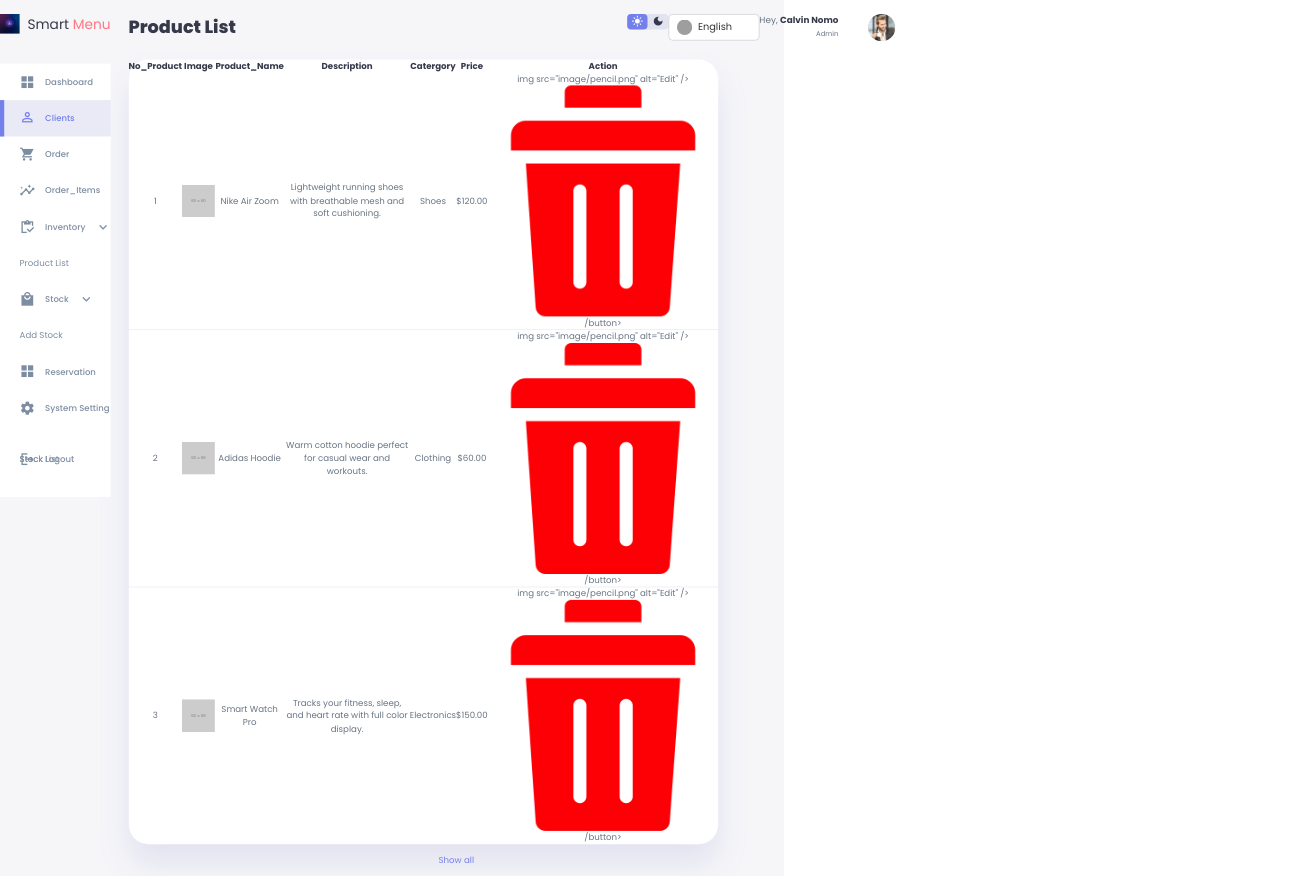
Repository: Calvin-Nomo/Hash-code
Page: product_list.html
An editor plug-in stored every save of this project. The page is shown before and after the next save, followed by the edit.
The browser window is 1280 px wide. The page is 1856 px wide, so the pictures cover 1856 px, including what lies to the right of the window. The pictures show the part of the page from y = 0 to 1320 px (the page is 1252 px tall before and 2229 px after), at 70% of full size.
Pictures or frames that could not be fetched are drawn as grey boxes. The page's requests for data from a server got no answer.

Above is the page before, as saved 2025-10-09 11:17:24.

### product_list.html
<!DOCTYPE html>
<html lang="en">
<head>
    <meta charset="UTF-8">
    <meta name="viewport" content="width=device-width, initial-scale=1.0">
    <title>Document</title>
    <link
      href="https://fonts.googleapis.com/icon?family=Material+Icons+Sharp"
      rel="stylesheet"
    />
    <link rel="preconnect" href="https://fonts.googleapis.com" />
    <link rel="preconnect" href="https://fonts.gstatic.com" crossorigin />
    <link
      href="https://fonts.googleapis.com/css2?family=Outfit:wght@100..900&family=Poppins:ital,wght@0,100;0,200;0,300;0,400;0,500;0,600;0,700;0,800;0,900;1,100;1,200;1,300;1,400;1,500;1,600;1,700;1,800;1,900&display=swap"
      rel="stylesheet"
    />
    <link
      href="https://cdn.jsdelivr.net/npm/daisyui@5/themes.css"
      rel="stylesheet"
      type="text/css"
    />
    <link rel="stylesheet" href="css/index.css" />
        <link rel="stylesheet" href="css/product.css" />
    <link href="image/image1.jpg" rel="icon" />
</head>
<body>
    <div class="container">
      <!-- ################SIDE BAR #################-->
      <aside>
        <div class="top">
          <div class="logo">
            <img src="image/image1.jpg" alt="logo" />
            <h2>Smart <span class="danger">Menu</span></h2>
          </div>
          <div class="close" id="close-btn">
            <span class="material-icons-sharp"> close </span>
          </div>
        </div>

        <div class="sidebar">
          <a href="#">
            <span class="material-icons-sharp"> grid_view </span>
            <h3>Dashboard</h3>
          </a>

          <a href="#" class="active">
            <span class="material-icons-sharp"> person_outline </span>
            <h3>Clients</h3>
          </a>

          <a href="#">
            <span class="material-icons-sharp"> shopping_cart </span>
            <h3>Order</h3>
          </a>

          <a href="#">
            <span class="material-icons-sharp"> insights </span>
            <h3>Order_Items</h3>
          </a>

          <!-- Dropdown for Product -->
          <div class="dropdown">
            <a href="#" class="dropdown-toggle">
              <span class="material-icons-sharp"> inventory </span>
              <h3>Inventory</h3>
              <span class="material-icons-sharp arrow">expand_more</span>
            </a>
            <div class="dropdown-menu">
              <a href="product_list.html">Product List</a>
              <a href="#">Stock</a>
            </div>
          </div>

          <!-- Dropdown for Stock -->
          <div class="dropdown">
            <a href="#" class="dropdown-toggle">
              <span class="material-icons-sharp"> local_mall </span>
              <h3>Stock</h3>
              <span class="material-icons-sharp arrow">expand_more</span>
            </a>
            <div class="dropdown-menu">
              <a href="#">Add Stock</a>
              <a href="#">Stock List</a>
            </div>
          </div>

          <a href="#">
            <span class="material-icons-sharp"> grid_view </span>
            <h3>Reservation</h3>
          </a>

          <a href="#">
            <span class="material-icons-sharp"> settings </span>
            <h3>System Setting</h3>
          </a>

          <a href="#">
            <span class="material-icons-sharp"> logout </span>
            <h3>Logout</h3>
          </a>
        </div>
      </aside>

      <!-- ################END OF SIDE BAR #################-->
      <main>
        <h1>Product List</h1>
        <div class="insight">
          <!-- END OF INCOME -->
        </div>
        <!-- END OF INSIGHT -->
        <div class="recent-orders" id="product-section">
          <!-- <h2>Recent Orders</h2> -->
          <table id="product-table">
            <thead>
              <tr>
                <th>No_Product</th>
                <th>Image</th>
                <th>Product_Name</th>
                <th class="description">Description</th>
                <th>Catergory</th>
                <th>Price</th>
                <th>Action</th>
              </tr>
            </thead>
            <tbody>
              <!--  data will be filled here! -->
            </tbody>
          </table>
          <a href="#">Show all</a>
        </div>
      </main>
      <!-- End of the Recent Orders -->
      <div class="right">
        <div class="top">
          <button id="menu-btn">
            <span class="material-icons-sharp">menu </span>
          </button>
          <div class="theme-toggler">
            <span class="material-icons-sharp active">light_mode</span>
            <span class="material-icons-sharp">dark_mode</span>
          </div>
          <div class="lang-menu">
            <div class="selected-language">
              <img src="https://flagsapi.com/US/flat/32.png" alt="" />
              English
              <i class="arrow down"></i>
            </div>

            <ul class="lang-options">
              <li>
                <a
                  href="#"
                  class="en"
                  data-flag="https://flagsapi.com/US/flat/32.png"
                  >English</a
                >
              </li>
              <li>
                <a
                  href="#"
                  class="fr"
                  data-flag="https://flagsapi.com/FR/flat/32.png"
                  >French</a
                >
              </li>
              <li>
                <a
                  href="#"
                  class="cn"
                  data-flag="https://flagsapi.com/CN/flat/32.png"
                  >Chinese</a
                >
              </li>
              <li>
                <a
                  href="#"
                  class="jp"
                  data-flag="https://flagsapi.com/JP/flat/32.png"
                  >Japanese</a
                >
              </li>
            </ul>
          </div>

          <div class="profile">
            <div class="info">
              <p>Hey, <b>Calvin Nomo</b></p>
              <small class="text-muted">Admin</small>
            </div>
            <div class="profile-photo">
              <img src="image/person_1.jpg" alt="" />
            </div>
          </div>
        </div>
      </div>
      <!-- \\\\\\\\\\\\\\\END OF MAIN\\\\\\\\\\\\\\\\\\\\\\\ -->
    </div>
  </body>
  <script src="js/index.js"></script>

  <script src="https://cdn.jsdelivr.net/npm/@tailwindcss/browser@4"></script>

</body>
</html>

### css/product.css
.product-toolbar {
  display: flex;
  justify-content: space-between;
  align-items: center;
  margin: 15px 0;
  padding: 10px;
  background: #f8f9fa;
  border-radius: 8px;
  box-shadow: 0 2px 5px rgba(0, 0, 0, 0.1);
}

.search-filter {
  display: flex;
  gap: 10px;
  width: 100%;
  justify-content: flex-start;
}

.search-filter input,
.search-filter select {
  padding: 8px 12px;
  border-radius: 6px;
  border: 1px solid #ccc;
  font-size: 14px;
  outline: none;
}

.search-filter input:focus,
.search-filter select:focus {
  border-color: #007bff;
  box-shadow: 0 0 5px rgba(0, 123, 255, 0.3);
}
.add_product {
  background-color: #28a745;
  color: white;
  border: none;
  padding: 10px 20px;
  border-radius: 5px;
  cursor: pointer;
  font-size: 16px;
}
.add_product:hover {
  background-color: #218838;
}
.add_product button {
  background-color: #28a745;
  color: white;
  border: none;
  padding: 10px 20px;
  border-radius: 5px;
  cursor: pointer;
  font-size: 16px;
}

### js/index.js
let sideMenu = document.querySelector("aside");
let Theme_Change = document.querySelector(".theme-toggler");
let openBtn = document.getElementById("menu-btn");
let closeBtn = document.getElementById("close-btn");

// Hide and Show the Side bar
openBtn.addEventListener("click", () => {
  sideMenu.style.display = "block";
});
closeBtn.addEventListener("click", () => {
  sideMenu.style.display = "none";
});
const themeToggler = document.querySelector(".theme-toggler");
const body = document.body;
const lightIcon = themeToggler.querySelector("span:nth-child(1)");
const darkIcon = themeToggler.querySelector("span:nth-child(2)");

// Load saved theme from localStorage
if (localStorage.getItem("theme") === "dark") {
  body.classList.add("dark-theme-variables");
  lightIcon.classList.remove("active");
  darkIcon.classList.add("active");
}

themeToggler.addEventListener("click", () => {
  body.classList.toggle("dark-theme-variables");

  // Toggle icon active class
  lightIcon.classList.toggle("active");
  darkIcon.classList.toggle("active");

  // Save preference
  if (body.classList.contains("dark-theme-variables")) {
    localStorage.setItem("theme", "dark");
  } else {
    localStorage.setItem("theme", "light");
  }
});
document.addEventListener("DOMContentLoaded", function () {
  const langMenu = document.querySelector(".lang-menu");
  const selected = langMenu.querySelector(".selected-language");
  const options = langMenu.querySelectorAll(".lang-options a");
  // New side bar
  document.querySelectorAll(".dropdown-toggle").forEach((toggle) => {
    toggle.addEventListener("click", function (e) {
      e.preventDefault();
      const dropdown = this.parentElement;
      dropdown.classList.toggle("active");
    });
  });
  // Toggle dropdown
  selected.addEventListener("click", () => {
    langMenu.classList.toggle("active");
  });

  // Change selected language with flag
  options.forEach((option) => {
    option.addEventListener("click", (e) => {
      e.preventDefault();
      const flagUrl = option.getAttribute("data-flag");
      const langText = option.textContent.trim();

      // Update selected language display
      selected.innerHTML = `<img src="${flagUrl}" alt=""> ${langText} <i class="arrow down"></i>`;
      langMenu.classList.remove("active");
    });
  });

  // Close dropdown if clicking outside
  window.addEventListener("click", (e) => {
    if (!langMenu.contains(e.target)) {
      langMenu.classList.remove("active");
    }
  });
});
// Fetch and display orders from the backend

fetch("http://127.0.0.1:8000/order_info") // Replace with your API endpoint
  .then((res) => res.json())
  .then((data) => {
    const tbody = document.querySelector("#order-table tbody"); // Replace with your API endpoint
    tbody.innerHTML = ""; // clear any existing rows

    data.forEach((order) => {
      const row = document.createElement("tr");
      row.innerHTML = `
          <td>#${order.Order_ID}</td>
          <td>${order.Client_Name}</td>
          <td>${order.No_Telephone}</td>
          <td>${order.Order_Type}</td>
          <td>${order.Total_Amount} FCFA</td>
          <td>${order.Payment_Status}</td>
          <td>${new Date(order.Order_Date).toLocaleString()}</td>
        `;
      tbody.appendChild(row);
    });
  })
  .catch((err) => console.error("Error fetching orders:", err));
//Fetch Product from the backend(limit 15 from product_list.html)
fetch("http://127.0.0.1:8000/product/product/product_limit")
  .then((res) => res.json())
  .then((data) => {
    const tbody = document.querySelector("#product-table tbody");
    tbody.innerHTML = ""; // Clear any existing rows
    data.forEach((product) => {
      const row = document.createElement("tr");
      row.innerHTML = `
            <td>#${product.No_Product}</td>
            <td>${product.Image_Path}</td>
          <td>${product.Product_Name}</td>
          <td class='description'>${product.Product_Description}</td>
          <td>${product.Category}</td>
          <td>${product.Unit_Price} FCFA</td>
            <td>
            <button class="edit-btn" onclick="editProduct(${product.No_Product})">
            <img src="image/pencil.png" alt="Edit" />
            </button>
            <button class="delete-btn" onclick="deleteProduct(${product.No_Product})">
            <img src="image/delete.png" alt="Delete" />
            </button>
          </td>
        `;
      tbody.appendChild(row);
    });
  })
  .catch((err) => console.error("Error fetching products:", err));
// updating the product in the inventory

// Fetch and display total orders from the backend
fetch("http://127.0.0.1:8000/order/order/total_order")
  .then((res) => res.json())
  .then((data) => {
    const totalOrderElement = document.getElementById("total_order");
    totalOrderElement.textContent = `${data.total}`;
  })
  .catch((err) => console.error("Error fetching total orders:", err));
document.addEventListener("DOMContentLoaded", () => {
  fetch("http://127.0.0.1:8000/payment/payment/total_revenue") // <-- your actual API endpoint
    .then((res) => {
      if (!res.ok) {
        throw new Error(`HTTP error! Status: ${res.status}`);
      }
      return res.json();
    })
    .then((data) => {
      console.log("Data received from backend:", data);

      const saleElement = document.getElementById("total-sales");

      if (saleElement) {
        if (data.total !== undefined) {
          // Optional: format the number to 2 decimal places
          saleElement.textContent = `${Number(data.total).toFixed(0)} FCFA`;
        } else {
          console.warn("No 'total' field in response data.");
          saleElement.textContent = "Total sale: N/A";
        }
      } else {
        console.warn("Element with ID 'total-sale' not found in DOM.");
      }
    })
    .catch((err) => {
      console.error("Error fetching total sales:", err);
    });
});

document.addEventListener("DOMContentLoaded", () => {
  // Fetch and display total reservations from the backend
  fetch("http://127.0.0.1:8000/reservation/reservation/total_reservations")
    .then((res) => {
      if (!res.ok) {
        throw new Error(`HTTP error! status: ${res.status}`);
      }
      return res.json();
    })
    .then((data) => {
      const totalReservationsElement =
        document.getElementById("total-reservation");
      if (totalReservationsElement) {
        totalReservationsElement.textContent = `${data.total}`;
      } else {
        console.warn("Element with ID 'reservation' not found in the DOM.");
      }
    })
    .catch((err) => {
      console.error("Error fetching total reservations:", err);
    });
});


// testing the database changes
const products = [
  {
    id: 1,
    image: "https://via.placeholder.com/60",
    name: "Nike Air Zoom",
    description: "Lightweight running shoes with breathable mesh and soft cushioning.",
    category: "Shoes",
    price: 120
  },
  {
    id: 2,
    image: "https://via.placeholder.com/60",
    name: "Adidas Hoodie",
    description: "Warm cotton hoodie perfect for casual wear and workouts.",
    category: "Clothing",
    price: 60
  },
  {
    id: 3,
    image: "https://via.placeholder.com/60",
    name: "Smart Watch Pro",
    description: "Tracks your fitness, sleep, and heart rate with full color display.",
    category: "Electronics",
    price: 150
  }
];

// Get the table body element
const tableBody = document.querySelector("#product-table tbody");

// Function to render the products
function renderProducts(data) {
  tableBody.innerHTML = ""; // clear existing rows first

  data.forEach((product, index) => {
    const row = document.createElement("tr");

    row.innerHTML = `
      <td>${index + 1}</td>
      <td><img src="${product.image}" alt="${product.name}" width="50" height="50"></td>
      <td>${product.name}</td>
      <td class="description">${product.description}</td>
      <td>${product.category}</td>
      <td>$${product.price.toFixed(2)}</td>
      <td class="actions">

        <button class="edit-btn">
        img src="image/pencil.png" alt="Edit" />
        </button>
        <button class="delete-btn">
        <img src="image/delete.png" alt="Delete" />

        /button>
      </td>
    `;

    tableBody.appendChild(row);
  });
}

// Call function to show data
renderProducts(products);

Loaded but not shown: css/index.css (634 lines, source omitted)

After the next save:
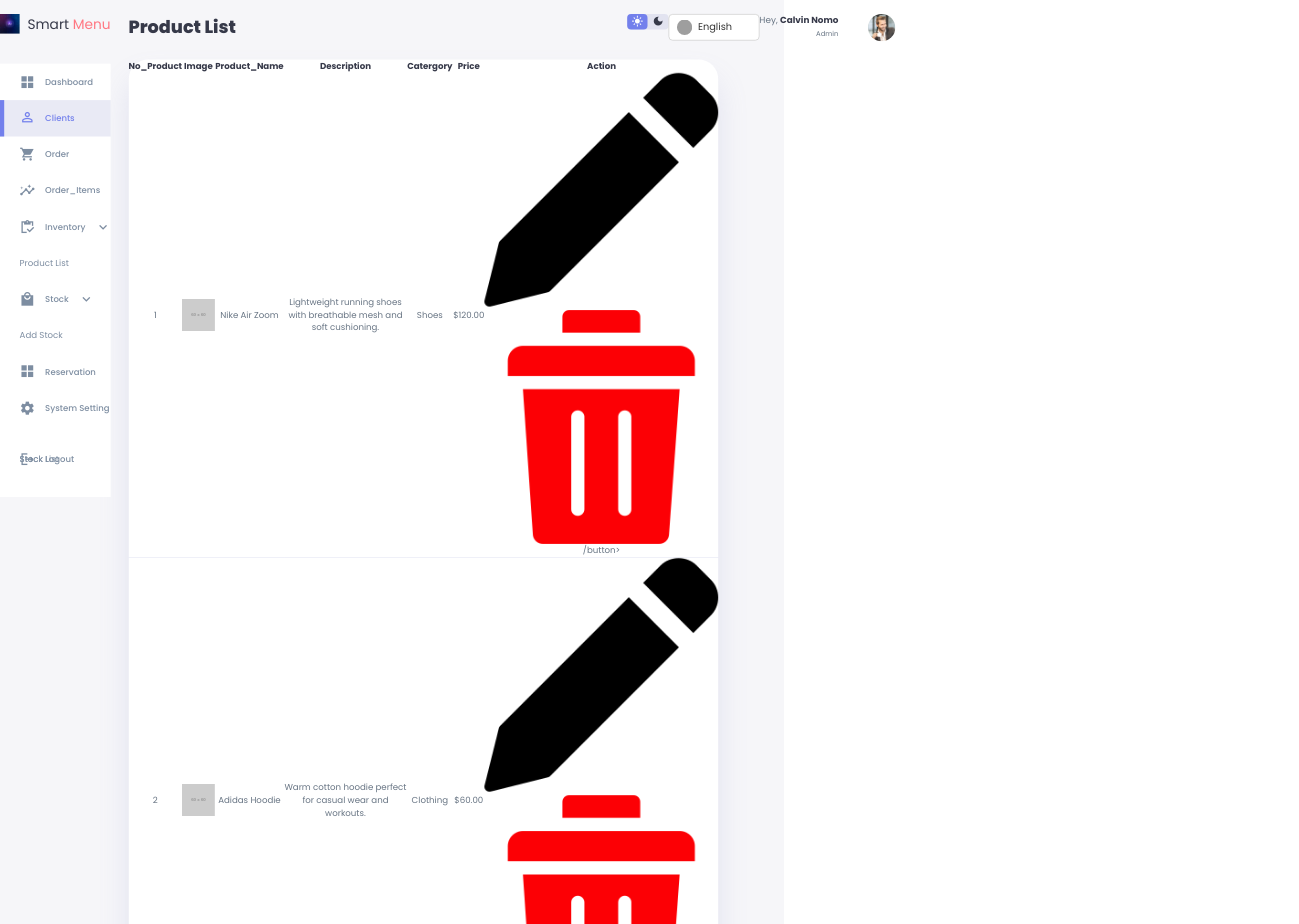
Saved 49 s later.
--- a/js/index.js
+++ b/js/index.js
@@ -236,7 +236,7 @@ function renderProducts(data) {
       <td class="actions">
 
         <button class="edit-btn">
-        img src="image/pencil.png" alt="Edit" />
+        <img src="image/pencil.png" alt="Edit" />
         </button>
         <button class="delete-btn">
         <img src="image/delete.png" alt="Delete" />
